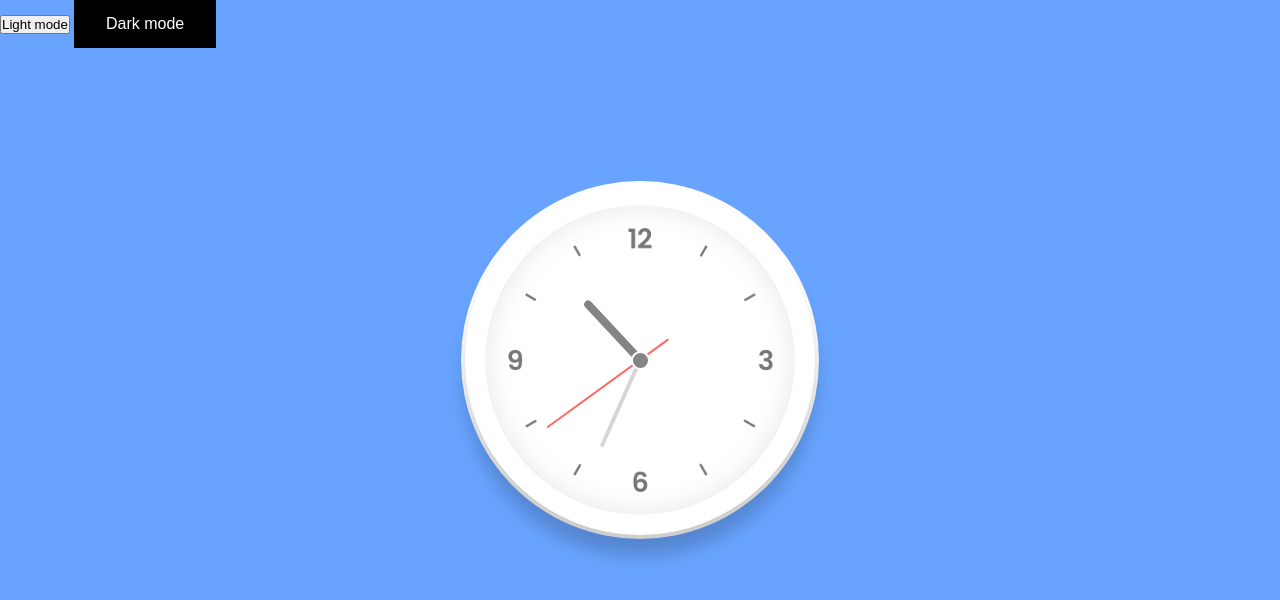
Repository: DaNiels89/analog-clock
Page: index.html
An editor plug-in stored every save of this project. The page is shown before and after the next save, followed by the edit.
The browser window is 1280 px wide. The pictures show the whole page.

Above is the page before, as saved 2020-06-20 12:42:57.

After the next save:
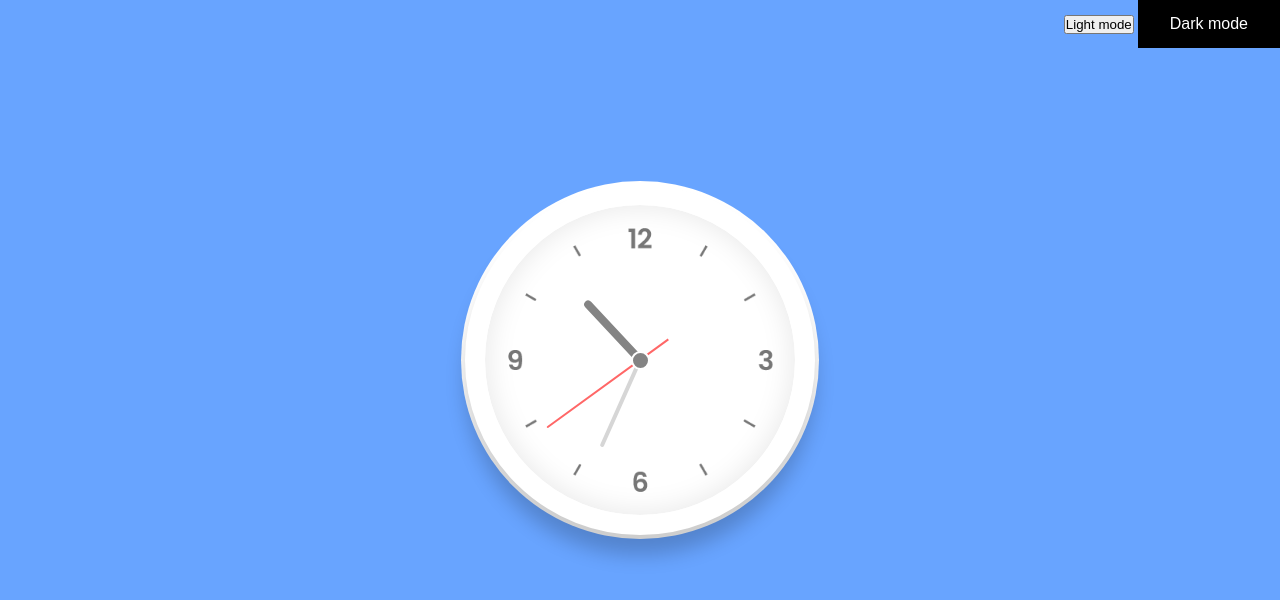
Saved 8 s later.
--- a/css/lightmode.css
+++ b/css/lightmode.css
@@ -28,9 +28,8 @@
 
   .toggle-mode {
     position: absolute;
+    right: 0;
     top: 0;
-    right: 0;
-    left: 0
   }
 
   .clock {

After the 3 saves that followed:
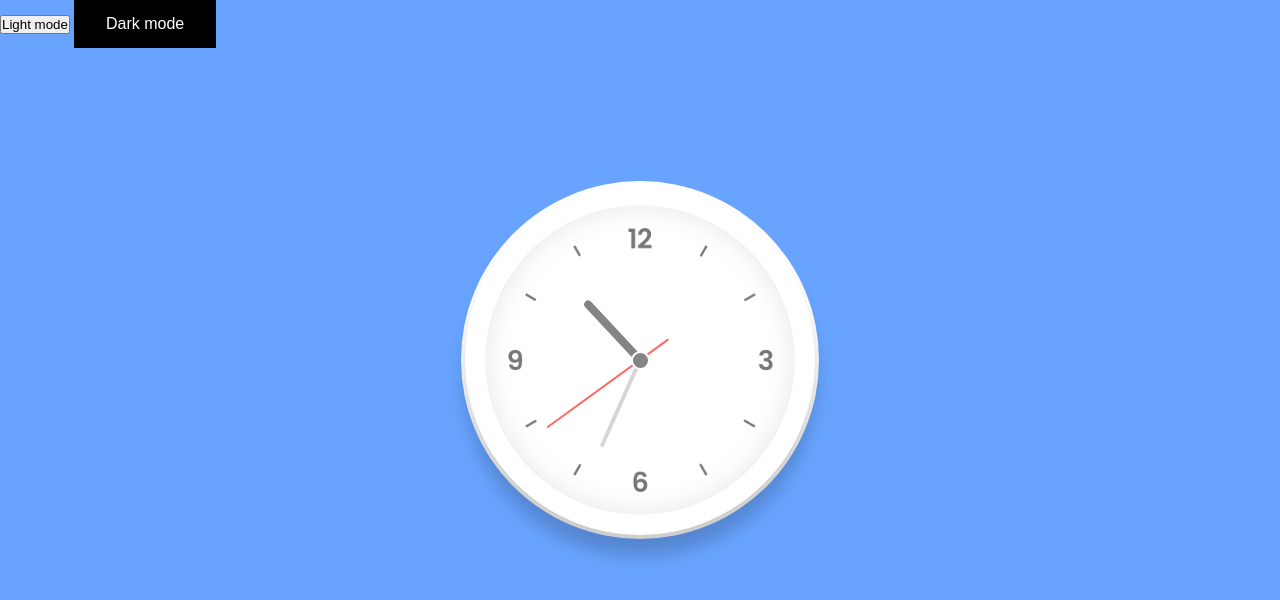
The 3 saves are shown as one change because 2 left the picture as it was.
The last was saved 4 min 16 s later.
--- a/css/lightmode.css
+++ b/css/lightmode.css
@@ -12,6 +12,14 @@
     background: #68a4ff
   }
 
+  .toggle-mode {
+    width: 100%;
+  }
+
+  .button.light-mode.hidden {
+    display: none;
+  }
+
   .button.dark-mode {
     background-color: #000;
     border: none;
@@ -20,10 +28,6 @@
     text-align: center;
     text-decoration: none;
     font-size: 16px;
-  }
-
-  .button.light-mode.hidden {
-    display: none;
   }
 
   .toggle-mode {
